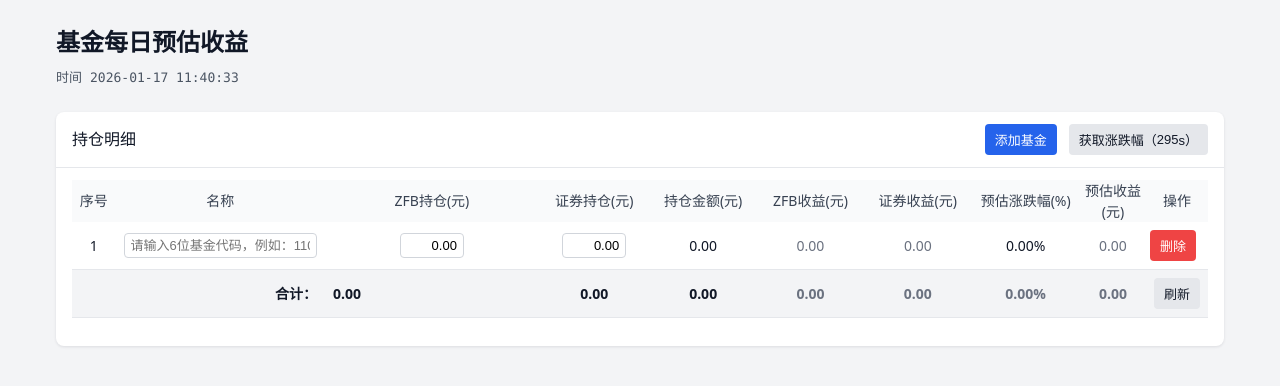
Repository: zt-boom/finance
Page: index.html
The author's editor kept a copy of each file at every save. The page is drawn from the files as they stood at one save, then again after the next save.
The browser window is 1280 px wide. The pictures show the whole page.

Above is the page before, as saved 2026-01-17 15:47:23.

### index.html
<!DOCTYPE html>
<html lang="zh-CN">
<head>
<meta charset="UTF-8">
<title>基金每日预估收益</title>
<meta name="viewport" content="width=device-width,initial-scale=1">
<link rel="stylesheet" href="./style.css">
</head>
<body>
<div class="app">
<header class="app-header">
<h1>基金每日预估收益</h1>
<div class="date-row">
<span>时间</span>
<span id="current-date"></span>
</div>
</header>
<main class="app-main">
<section class="card">
<div class="card-header">
<h2>持仓明细</h2>
<div class="card-header-actions">
<button id="add-fund-btn" class="primary-button">添加基金</button>
<button id="fetch-percent-btn" class="secondary-button">
获取涨跌幅（<span id="auto-refresh-countdown">300</span>s）
</button>
</div>
</div>
<div class="card-body">
<div class="table-wrapper">
<table class="fund-table">
<thead>
<tr>
<th class="index-col">序号</th>
<th>名称</th>
<th>ZFB持仓(元)</th>
<th>证券持仓(元)</th>
<th>持仓金额(元)</th>
<th>ZFB收益(元)</th>
<th>证券收益(元)</th>
<th>预估涨跌幅(%)</th>
<th>预估收益(元)</th>
<th>操作</th>
</tr>
</thead>
<tbody id="fund-table-body"></tbody>
<tfoot>
<tr class="summary-row">
<td colspan="2">合计：</td>
<td><span id="total-zfb-amount">0.00</span></td>
<td><span id="total-stock-amount">0.00</span></td>
<td><span id="total-amount">0.00</span></td>
<td><span id="total-zfb-profit">0.00</span></td>
<td><span id="total-stock-profit">0.00</span></td>
<td><span id="total-percent">0.00%</span></td>
<td><span id="total-profit">0.00</span></td>
<td><button id="summary-refresh-btn" class="secondary-button">刷新</button></td>
</tr>
</tfoot>
</table>
</div>
</div>
</section>
</main>
</div>
<script src="./main.js"></script>
</body>
</html>

### style.css
* {
box-sizing: border-box;
margin: 0;
padding: 0;
}

body {
font-family: system-ui, -apple-system, BlinkMacSystemFont, "Segoe UI", sans-serif;
background-color: #f3f4f6;
color: #111827;
line-height: 1.5;
}

.app {
max-width: 1200px;
margin: 0 auto;
padding: 24px 16px 40px;
}

.app-header {
display: flex;
flex-direction: column;
gap: 8px;
margin-bottom: 24px;
}

.app-header h1 {
font-size: 24px;
font-weight: 600;
color: #111827;
}

.date-row {
display: flex;
gap: 8px;
align-items: center;
font-size: 13px;
color: #4b5563;
}

.date-row span:last-child {
font-family: ui-monospace, SFMono-Regular, Menlo, Monaco, Consolas, "Liberation Mono", "Courier New", monospace;
font-variant-numeric: tabular-nums;
}

.app-main {
display: flex;
flex-direction: column;
gap: 16px;
}

.card {
background-color: #ffffff;
border-radius: 8px;
box-shadow: 0 1px 3px rgba(15, 23, 42, 0.1);
overflow: hidden;
}

.card-header {
display: flex;
justify-content: space-between;
align-items: center;
padding: 12px 16px;
border-bottom: 1px solid #e5e7eb;
}

.card-header h2 {
font-size: 16px;
font-weight: 500;
}

.card-header-actions {
display: flex;
align-items: center;
gap: 12px;
}

.card-body {
padding: 12px 16px 16px;
}

.table-wrapper {
overflow-x: auto;
margin-bottom: 12px;
}

.fund-table {
width: 100%;
border-collapse: collapse;
font-size: 14px;
}

.fund-table td {
border-bottom: 1px solid #e5e7eb;
padding: 8px;
text-align: left;
}

.fund-table th.index-col,
.fund-table td[data-role="row-index"] {
 width: 4%;
text-align: center;
cursor: grab;
}

.fund-table td:nth-child(3),
.fund-table td:nth-child(4),
.fund-table td:nth-child(5),
.fund-table td:nth-child(6),
.fund-table td:nth-child(7),
.fund-table td:nth-child(8),
.fund-table td:nth-child(9) {
text-align: center;
white-space: nowrap;
}

.fund-table thead {
background-color: #f9fafb;
}

.fund-table th {
font-weight: 500;
color: #374151;
text-align: center;
}

.fund-table tbody tr:nth-child(even) {
background-color: #f9fafb;
}

.fund-table tbody tr:hover {
background-color: #eef2ff;
}

.fund-table tr.dragging {
opacity: 0.7;
}

.fund-table input {
width: 100%;
padding: 4px 6px;
font-size: 13px;
border-radius: 4px;
border: 1px solid #d1d5db;
outline: none;
text-align: right;
}

.fund-table input.narrow-number-input {
width: 64px;
margin: 0 auto;
}

.fund-table td:nth-child(2) input {
text-align: left;
}

.fund-table th:nth-child(2),
.fund-table td:nth-child(2) {
 width: 20%;
}

.fund-table th:nth-child(10),
.fund-table td:nth-child(10) {
 width: 6%;
padding-left: 0;
text-align: center;
}

.fund-table th:nth-child(3),
.fund-table td:nth-child(3),
.fund-table th:nth-child(4),
.fund-table td:nth-child(4),
.fund-table th:nth-child(5),
.fund-table td:nth-child(5),
.fund-table th:nth-child(6),
.fund-table td:nth-child(6),
.fund-table th:nth-child(7),
.fund-table td:nth-child(7),
.fund-table th:nth-child(8),
.fund-table td:nth-child(8),
.fund-table th:nth-child(9),
.fund-table td:nth-child(9) {
 width: 10%;
}

.fund-table input[type="number"]::-webkit-outer-spin-button,
.fund-table input[type="number"]::-webkit-inner-spin-button {
-webkit-appearance: none;
margin: 0;
}

.fund-table input[type="number"] {
-moz-appearance: textfield;
}

.fund-table input:focus {
border-color: #2563eb;
box-shadow: 0 0 0 1px rgba(37, 99, 235, 0.2);
}

.value-positive {
color: #ef4444;
}

.value-negative {
color: #10b981;
}

.value-zero {
color: #6b7280;
}

.summary-row td {
font-weight: 600;
color: #111827;
background-color: #f3f4f6;
}

.summary-row td:first-child {
text-align: right;
padding-right: 8px;
}

.summary-items {
display: flex;
flex-wrap: wrap;
gap: 4px 16px;
justify-content: flex-end;
align-items: center;
}

#auto-refresh-countdown {
display: inline-block;
width: 3ch;
text-align: right;
}

.summary-items span {
font-weight: 500;
white-space: nowrap;
}

.summary-left {
display: flex;
flex-wrap: wrap;
gap: 4px 16px;
align-items: center;
}

.summary-items span strong {
font-size: 18px;
margin-left: 4px;
font-family: ui-monospace, SFMono-Regular, Menlo, Monaco, Consolas, "Liberation Mono", "Courier New", monospace;
}

#total-amount {
color: #111827;
}

.primary-button,
.secondary-button,
.danger-button {
border-radius: 4px;
border: none;
cursor: pointer;
font-size: 13px;
padding: 6px 10px;
display: flex;
align-items: center;
justify-content: center;
}

.primary-button {
background-color: #2563eb;
color: #ffffff;
}

.primary-button:hover {
background-color: #1d4ed8;
}

.secondary-button {
background-color: #e5e7eb;
color: #111827;
}

.secondary-button:hover {
background-color: #d1d5db;
}

.danger-button {
background-color: #ef4444;
color: #ffffff;
margin: 0 auto;
}

.danger-button:hover {
background-color: #dc2626;
}

.actions-row {
display: none;
}

.instructions {
font-size: 13px;
color: #4b5563;
}

.instructions ol {
padding-left: 18px;
display: flex;
flex-direction: column;
gap: 4px;
}

@media (max-width: 640px) {
.app {
padding-inline: 12px;
}
.card-header {
flex-direction: column;
gap: 8px;
align-items: flex-start;
}
}

### main.js
const STORAGE_KEY = "fund_holdings_v1";
let dragSourceRow = null;

function handleRowDragStart(event) {
const cell = event.currentTarget;
const row = cell.parentElement;
dragSourceRow = row;
row.classList.add("dragging");
if (event.dataTransfer) {
event.dataTransfer.effectAllowed = "move";
event.dataTransfer.setData("text/plain", "");
}
}

function handleRowDragOver(event) {
event.preventDefault();
if (event.dataTransfer) {
event.dataTransfer.dropEffect = "move";
}
}

function handleRowDrop(event) {
event.preventDefault();
const targetCell = event.currentTarget;
const targetRow = targetCell.parentElement;
if (!dragSourceRow || dragSourceRow === targetRow) {
return;
}
const tbody = targetRow.parentElement;
const rows = Array.from(tbody.querySelectorAll('tr[data-role="fund-row"]'));
const sourceIndex = rows.indexOf(dragSourceRow);
const targetIndex = rows.indexOf(targetRow);
if (sourceIndex === -1 || targetIndex === -1) {
return;
}
if (sourceIndex < targetIndex) {
tbody.insertBefore(dragSourceRow, targetRow.nextSibling);
} else {
tbody.insertBefore(dragSourceRow, targetRow);
}
}

function handleRowDragEnd() {
const rows = document.querySelectorAll('tr[data-role="fund-row"]');
rows.forEach(row => {
row.classList.remove("dragging");
});
dragSourceRow = null;
updateRowIndices();
handleStorageUpdate();
calculateProfit();
}

function formatCurrency(value) {
if (Number.isNaN(value)) return "0.00";
return value.toFixed(2);
}

function formatNumber(value) {
if (Number.isNaN(value)) return "";
return value.toFixed(2);
}

function getTodayDateString() {
const now = new Date();
const year = String(now.getFullYear());
const month = String(now.getMonth() + 1).padStart(2, "0");
const day = String(now.getDate()).padStart(2, "0");
const hours = String(now.getHours()).padStart(2, "0");
const minutes = String(now.getMinutes()).padStart(2, "0");
const seconds = String(now.getSeconds()).padStart(2, "0");
return `${year}-${month}-${day} ${hours}:${minutes}:${seconds}`;
}

const fundJsonpRequests = [];

function ensureJsonpHandler() {
if (window._fundJsonpInitialized) {
return;
}
window._fundJsonpInitialized = true;
window.jsonpgz = function (data) {
if (!data || !data.fundcode) {
return;
}
const code = data.fundcode;
while (true) {
let index = -1;
for (let i = 0; i < fundJsonpRequests.length; i += 1) {
if (fundJsonpRequests[i].code === code) {
index = i;
break;
}
}
if (index === -1) {
break;
}
const request = fundJsonpRequests.splice(index, 1)[0];
try {
const value = request.transform ? request.transform(data) : data;
request.resolve(value);
} catch (e) {
if (request.reject) {
if (e instanceof Error) {
request.reject(e);
} else {
request.reject(new Error("解析基金数据失败"));
}
}
}
}
};
}

function fetchFundEstimate(code) {
return new Promise((resolve, reject) => {
if (!code) {
reject(new Error("缺少基金代码"));
return;
}
ensureJsonpHandler();
fundJsonpRequests.push({
code,
resolve,
reject,
transform: data => {
const percent = parseFloat(data.gszzl);
if (Number.isNaN(percent)) {
throw new Error("无效的涨跌幅数据");
}
return percent;
}
});
const script = document.createElement("script");
script.src = `https://fundgz.1234567.com.cn/js/${code}.js?rt=${Date.now()}`;
script.onerror = () => {
for (let i = 0; i < fundJsonpRequests.length; i += 1) {
if (fundJsonpRequests[i].code === code) {
const request = fundJsonpRequests.splice(i, 1)[0];
request.reject(new Error("获取基金数据失败"));
break;
}
}
};
document.body.appendChild(script);
});
}

function fetchFundInfo(code) {
return new Promise((resolve, reject) => {
if (!code) {
reject(new Error("缺少基金代码"));
return;
}
ensureJsonpHandler();
fundJsonpRequests.push({
code,
resolve,
reject,
transform: data => data
});
const script = document.createElement("script");
script.src = `https://fundgz.1234567.com.cn/js/${code}.js?rt=${Date.now()}`;
script.onerror = () => {
for (let i = 0; i < fundJsonpRequests.length; i += 1) {
if (fundJsonpRequests[i].code === code) {
const request = fundJsonpRequests.splice(i, 1)[0];
request.reject(new Error("获取基金数据失败"));
break;
}
}
};
document.body.appendChild(script);
});
}

function parseFundCodeFromName(name) {
if (!name) return null;
const match = name.match(/(\d{6})/);
if (!match) {
return null;
}
return match[1];
}

function loadHoldingsFromStorage() {
try {
const raw = window.localStorage.getItem(STORAGE_KEY);
if (!raw) return [];
const parsed = JSON.parse(raw);
if (!Array.isArray(parsed)) return [];
return parsed;
} catch (e) {
return [];
}
}

function saveHoldingsToStorage(holdings) {
try {
const serialized = JSON.stringify(holdings);
window.localStorage.setItem(STORAGE_KEY, serialized);
} catch (e) {
}
}

function createTableRow(fund) {
const tr = document.createElement("tr");
const indexTd = document.createElement("td");
const nameTd = document.createElement("td");
const zfbAmountTd = document.createElement("td");
const stockAmountTd = document.createElement("td");
const amountTd = document.createElement("td");
const zfbProfitTd = document.createElement("td");
const stockProfitTd = document.createElement("td");
const percentTd = document.createElement("td");
const profitTd = document.createElement("td");
const actionsTd = document.createElement("td");
const nameInput = document.createElement("input");
nameInput.type = "text";
nameInput.value = fund.name || "";
nameInput.placeholder = "请输入6位基金代码，例如：110022";
nameInput.addEventListener("change", handleStorageUpdate);
nameInput.addEventListener("keydown", event => {
if (event.key === "Enter") {
event.preventDefault();
const raw = nameInput.value.trim();
const code = parseFundCodeFromName(raw);
if (!code) {
window.alert("请先输入6位基金代码");
return;
}
const rows = document.querySelectorAll('tr[data-role="fund-row"]');
let duplicate = false;
rows.forEach(row => {
const inputs = row.querySelectorAll("input");
const otherNameInput = inputs[0];
if (!otherNameInput || otherNameInput === nameInput) {
return;
}
const otherCode = parseFundCodeFromName(otherNameInput.value.trim());
if (otherCode && otherCode === code) {
duplicate = true;
}
});
if (duplicate) {
window.alert("该基金代码已存在，请不要重复添加");
return;
}
nameInput.disabled = true;
fetchFundInfo(code).then(data => {
nameInput.disabled = false;
if (!data || !data.name) {
window.alert("未能获取基金名称，请检查基金代码");
return;
}
nameInput.value = `${code}  ${data.name}`;
handleStorageUpdate();
}).catch(() => {
nameInput.disabled = false;
window.alert("未能获取基金名称，请检查基金代码或网络连接");
});
}
});
const zfbInput = document.createElement("input");
zfbInput.type = "number";
zfbInput.step = "0.01";
zfbInput.min = "0";
zfbInput.value = fund.zfbAmount != null ? formatCurrency(Number(fund.zfbAmount)) : "0.00";
zfbInput.addEventListener("blur", () => {
const value = parseFloat(zfbInput.value);
const normalized = Number.isNaN(value) ? 0 : value;
zfbInput.value = formatCurrency(normalized);
});
zfbInput.addEventListener("input", () => {
calculateProfit();
});
zfbInput.addEventListener("change", () => {
handleStorageUpdate();
calculateProfit();
});
zfbInput.className = "narrow-number-input";
const stockInput = document.createElement("input");
stockInput.type = "number";
stockInput.step = "0.01";
stockInput.min = "0";
stockInput.value = fund.stockAmount != null ? formatCurrency(Number(fund.stockAmount)) : "0.00";
stockInput.addEventListener("blur", () => {
const value = parseFloat(stockInput.value);
const normalized = Number.isNaN(value) ? 0 : value;
stockInput.value = formatCurrency(normalized);
});
stockInput.addEventListener("input", () => {
calculateProfit();
});
stockInput.addEventListener("change", () => {
handleStorageUpdate();
calculateProfit();
});
stockInput.className = "narrow-number-input";
const amountSpan = document.createElement("span");
amountSpan.dataset.role = "amount-display";
amountSpan.textContent = "0.00";
const zfbProfitSpan = document.createElement("span");
zfbProfitSpan.textContent = "0.00";
const stockProfitSpan = document.createElement("span");
stockProfitSpan.textContent = "0.00";
const percentSpan = document.createElement("span");
percentSpan.textContent = "0.00%";
const profitSpan = document.createElement("span");
profitSpan.textContent = "0.00";
const deleteButton = document.createElement("button");
deleteButton.textContent = "删除";
deleteButton.className = "danger-button";
deleteButton.addEventListener("click", () => {
const inputs = tr.querySelectorAll("input");
const nameValue = inputs[0] ? inputs[0].value.trim() : "";
const zfbValue = inputs[1] ? inputs[1].value.trim() : "";
const stockValue = inputs[2] ? inputs[2].value.trim() : "";
const isEmptyRow = !nameValue && !zfbValue && !stockValue;
if (!isEmptyRow) {
const confirmed = window.confirm("确定要删除这条持仓记录吗？");
if (!confirmed) {
return;
}
}
tr.remove();
handleStorageUpdate();
calculateProfit();
updateRowIndices();
});
indexTd.dataset.role = "row-index";
indexTd.draggable = true;
indexTd.addEventListener("dragstart", handleRowDragStart);
indexTd.addEventListener("dragover", handleRowDragOver);
indexTd.addEventListener("drop", handleRowDrop);
indexTd.addEventListener("dragend", handleRowDragEnd);
zfbProfitTd.dataset.role = "zfb-profit-cell";
stockProfitTd.dataset.role = "stock-profit-cell";
percentTd.dataset.role = "percent-cell";
profitTd.dataset.role = "profit-cell";
nameTd.appendChild(nameInput);
zfbAmountTd.appendChild(zfbInput);
stockAmountTd.appendChild(stockInput);
amountTd.appendChild(amountSpan);
zfbProfitTd.appendChild(zfbProfitSpan);
stockProfitTd.appendChild(stockProfitSpan);
percentTd.appendChild(percentSpan);
profitTd.appendChild(profitSpan);
actionsTd.appendChild(deleteButton);
tr.appendChild(indexTd);
tr.appendChild(nameTd);
tr.appendChild(zfbAmountTd);
tr.appendChild(stockAmountTd);
tr.appendChild(amountTd);
tr.appendChild(zfbProfitTd);
tr.appendChild(stockProfitTd);
tr.appendChild(percentTd);
tr.appendChild(profitTd);
tr.appendChild(actionsTd);
tr.dataset.role = "fund-row";
return tr;
}

function readHoldingsFromTable() {
const rows = document.querySelectorAll('tr[data-role="fund-row"]');
const holdings = [];
rows.forEach(row => {
const inputs = row.querySelectorAll("input");
const nameInput = inputs[0];
const zfbInput = inputs[1];
const stockInput = inputs[2];
const name = nameInput.value.trim();
const zfbAmount = parseFloat(zfbInput.value);
const stockAmount = parseFloat(stockInput.value);
const hasZfb = !Number.isNaN(zfbAmount) && zfbAmount > 0;
const hasStock = !Number.isNaN(stockAmount) && stockAmount > 0;
if (!name && !hasZfb && !hasStock) {
return;
}
holdings.push({
name,
zfbAmount: hasZfb ? zfbAmount : 0,
stockAmount: hasStock ? stockAmount : 0
});
});
return holdings;
}

function handleStorageUpdate() {
const holdings = readHoldingsFromTable();
saveHoldingsToStorage(holdings);
}

function populateTableFromStorage() {
const tbody = document.getElementById("fund-table-body");
tbody.innerHTML = "";
const holdings = loadHoldingsFromStorage();
if (holdings.length === 0) {
const row = createTableRow({ name: "", zfbAmount: null, stockAmount: null });
tbody.appendChild(row);
updateRowIndices();
calculateProfit();
return;
}
holdings.forEach(fund => {
const row = createTableRow({
name: fund.name || "",
zfbAmount: fund.zfbAmount != null ? fund.zfbAmount : null,
stockAmount: fund.stockAmount != null ? fund.stockAmount : null
});
tbody.appendChild(row);
});
updateRowIndices();
calculateProfit();
}

function calculateProfit() {
const rows = document.querySelectorAll('tr[data-role="fund-row"]');
let totalZfbAmount = 0;
let totalStockAmount = 0;
let totalZfbProfit = 0;
let totalStockProfit = 0;
let totalProfit = 0;
let totalHoldingAmount = 0;
rows.forEach(row => {
const inputs = row.querySelectorAll("input");
const zfbInput = inputs[1];
const stockInput = inputs[2];
const amountSpan = row.querySelector('span[data-role="amount-display"]');
const percentCell = row.querySelector('td[data-role="percent-cell"] span');
const profitCell = row.querySelector('td[data-role="profit-cell"] span');
const zfbProfitCell = row.querySelector('td[data-role="zfb-profit-cell"] span');
const stockProfitCell = row.querySelector('td[data-role="stock-profit-cell"] span');
const zfbAmount = zfbInput ? parseFloat(zfbInput.value) : NaN;
const stockAmount = stockInput ? parseFloat(stockInput.value) : NaN;
const normalizedZfb = Number.isNaN(zfbAmount) ? 0 : zfbAmount;
const normalizedStock = Number.isNaN(stockAmount) ? 0 : stockAmount;
const amount = normalizedZfb + normalizedStock;
const percent = percentCell ? parseFloat(percentCell.textContent) : NaN;
totalZfbAmount += normalizedZfb;
totalStockAmount += normalizedStock;
if (amountSpan) {
amountSpan.textContent = formatCurrency(amount);
}
if (amount > 0) {
totalHoldingAmount += amount;
}
if (amount <= 0 || Number.isNaN(percent)) {
if (zfbProfitCell) {
zfbProfitCell.textContent = "0.00";
applyProfitColor(zfbProfitCell, 0);
}
if (stockProfitCell) {
stockProfitCell.textContent = "0.00";
applyProfitColor(stockProfitCell, 0);
}
if (profitCell) {
profitCell.textContent = "0.00";
applyProfitColor(profitCell, 0);
}
return;
}
const zfbProfit = normalizedZfb * percent / 100;
const stockProfit = normalizedStock * percent / 100;
const profit = zfbProfit + stockProfit;
totalZfbProfit += zfbProfit;
totalStockProfit += stockProfit;
totalProfit += profit;
if (zfbProfitCell) {
zfbProfitCell.textContent = formatCurrency(zfbProfit);
applyProfitColor(zfbProfitCell, zfbProfit);
}
if (stockProfitCell) {
stockProfitCell.textContent = formatCurrency(stockProfit);
applyProfitColor(stockProfitCell, stockProfit);
}
if (profitCell) {
profitCell.textContent = formatCurrency(profit);
applyProfitColor(profitCell, profit);
}
});
const totalZfbAmountElement = document.getElementById("total-zfb-amount");
if (totalZfbAmountElement) {
totalZfbAmountElement.textContent = formatCurrency(totalZfbAmount);
}
const totalStockAmountElement = document.getElementById("total-stock-amount");
if (totalStockAmountElement) {
totalStockAmountElement.textContent = formatCurrency(totalStockAmount);
}
const totalAmountElement = document.getElementById("total-amount");
if (totalAmountElement) {
totalAmountElement.textContent = formatCurrency(totalHoldingAmount);
}
const totalPercentElement = document.getElementById("total-percent");
if (totalPercentElement) {
const totalPercent = totalHoldingAmount > 0 ? (totalProfit / totalHoldingAmount) * 100 : 0;
totalPercentElement.textContent = `${formatNumber(totalPercent)}%`;
applyProfitColor(totalPercentElement, totalPercent);
}
const totalZfbProfitElement = document.getElementById("total-zfb-profit");
if (totalZfbProfitElement) {
totalZfbProfitElement.textContent = formatCurrency(totalZfbProfit);
applyProfitColor(totalZfbProfitElement, totalZfbProfit);
}
const totalStockProfitElement = document.getElementById("total-stock-profit");
if (totalStockProfitElement) {
totalStockProfitElement.textContent = formatCurrency(totalStockProfit);
applyProfitColor(totalStockProfitElement, totalStockProfit);
}
const totalProfitElement = document.getElementById("total-profit");
totalProfitElement.textContent = formatCurrency(totalProfit);
applyProfitColor(totalProfitElement, totalProfit);
}

function autoFetchPercentages(options) {
const useButton = !options || options.useButton !== false;
const showAlert = !options || options.showAlert !== false;
const rows = document.querySelectorAll('tr[data-role="fund-row"]');
const promises = [];
rows.forEach(row => {
const inputs = row.querySelectorAll("input");
const nameInput = inputs[0];
const name = nameInput ? nameInput.value.trim() : "";
const code = parseFundCodeFromName(name);
if (!code) {
return;
}
const percentCell = row.querySelector('td[data-role="percent-cell"] span');
if (!percentCell) {
return;
}
const promise = fetchFundEstimate(code).then(percent => {
const value = formatNumber(percent);
percentCell.textContent = `${value}%`;
return true;
}).catch(() => false);
promises.push(promise);
});
if (promises.length === 0) {
if (showAlert) {
window.alert("请先在名称中输入包含6位基金代码的内容");
}
return;
}
const fetchButton = useButton ? document.getElementById("fetch-percent-btn") : null;
if (fetchButton) {
fetchButton.disabled = true;
}
Promise.all(promises).then(results => {
const successCount = results.filter(Boolean).length;
if (fetchButton) {
fetchButton.disabled = false;
}
if (successCount === 0) {
if (showAlert) {
window.alert("未能获取任何基金的预估涨跌幅，请检查基金代码或网络连接");
}
return;
}
calculateProfit();
});
}

function applyProfitColor(element, value) {
if (!element) {
return;
}
element.classList.remove("value-positive", "value-negative", "value-zero");
if (Number.isNaN(value)) {
return;
}
if (value > 0) {
element.classList.add("value-positive");
} else if (value < 0) {
element.classList.add("value-negative");
} else {
element.classList.add("value-zero");
}
}

function initApp() {
const dateElement = document.getElementById("current-date");
if (dateElement) {
dateElement.textContent = getTodayDateString();
}
populateTableFromStorage();
const addFundButton = document.getElementById("add-fund-btn");
const fetchPercentButton = document.getElementById("fetch-percent-btn");
const summaryRefreshButton = document.getElementById("summary-refresh-btn");
const countdownElement = document.getElementById("auto-refresh-countdown");
const autoRefreshSeconds = 300;
let remainingSeconds = autoRefreshSeconds;
function updateCountdown() {
if (countdownElement) {
countdownElement.textContent = String(remainingSeconds);
}
}
function resetCountdown() {
remainingSeconds = autoRefreshSeconds;
updateCountdown();
}
updateCountdown();
if (addFundButton) {
addFundButton.addEventListener("click", () => {
const tbody = document.getElementById("fund-table-body");
const row = createTableRow({ name: "", amount: null });
tbody.appendChild(row);
updateRowIndices();
});
}
if (fetchPercentButton) {
fetchPercentButton.addEventListener("click", () => {
autoFetchPercentages({ useButton: true, showAlert: true });
resetCountdown();
});
}
if (summaryRefreshButton) {
summaryRefreshButton.addEventListener("click", () => {
autoFetchPercentages({ useButton: true, showAlert: true });
resetCountdown();
});
}
if (dateElement) {
setInterval(() => {
dateElement.textContent = getTodayDateString();
}, 1000);
}
setInterval(() => {
remainingSeconds -= 1;
if (remainingSeconds <= 0) {
autoFetchPercentages({ useButton: false, showAlert: false });
remainingSeconds = autoRefreshSeconds;
}
updateCountdown();
}, 1000);
}

function updateRowIndices() {
const rows = document.querySelectorAll('tr[data-role="fund-row"]');
rows.forEach((row, index) => {
const indexCell = row.querySelector('td[data-role="row-index"]');
if (indexCell) {
indexCell.textContent = String(index + 1);
}
});
}

if (document.readyState === "loading") {
document.addEventListener("DOMContentLoaded", initApp);
} else {
initApp();
}

After the next save:
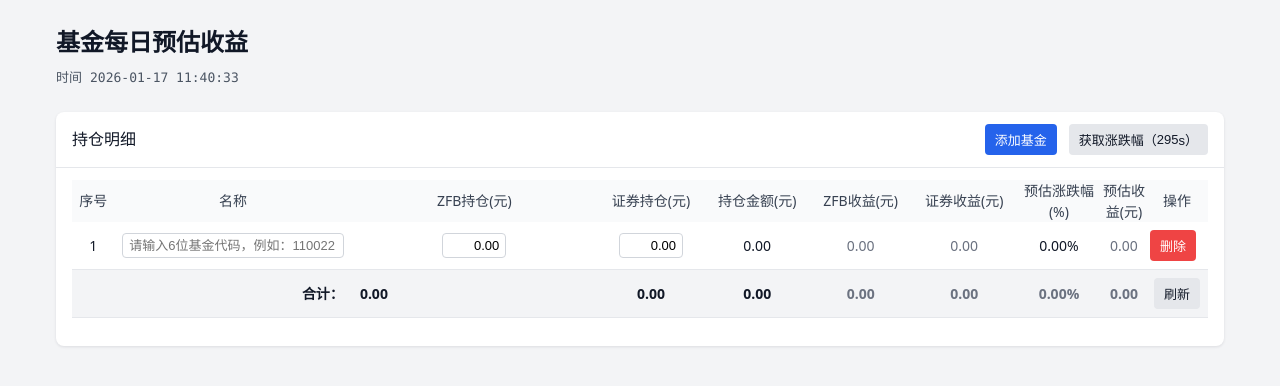
Saved 27 min 45 s later.
--- a/style.css
+++ b/style.css
@@ -157,7 +157,7 @@ text-align: left;
 
 .fund-table th:nth-child(2),
 .fund-table td:nth-child(2) {
- width: 20%;
+ width: 24%;
 }
 
 .fund-table th:nth-child(10),
